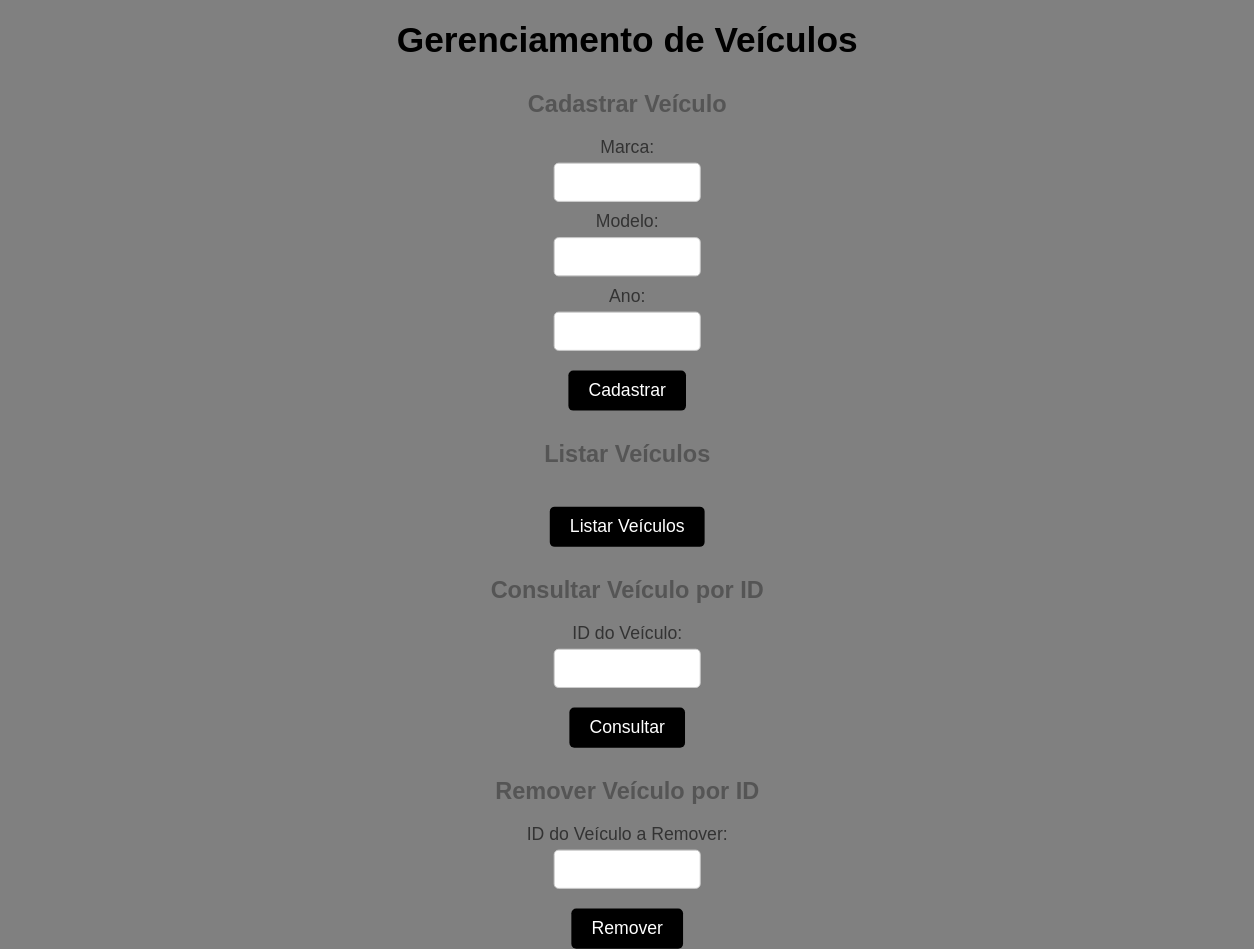
Repository: joaomadeira1208/Exercicio3
Page: veiculos/src/main/resources/index.html
The author's editor kept a copy of each file at every save. The page is drawn from the files as they stood at one save, then again after the next save.
The browser window is 1280 px wide. The pictures show the whole page, at 98% of full size.

Above is the page before, as saved 2023-09-14 22:03:31.

After the next save:
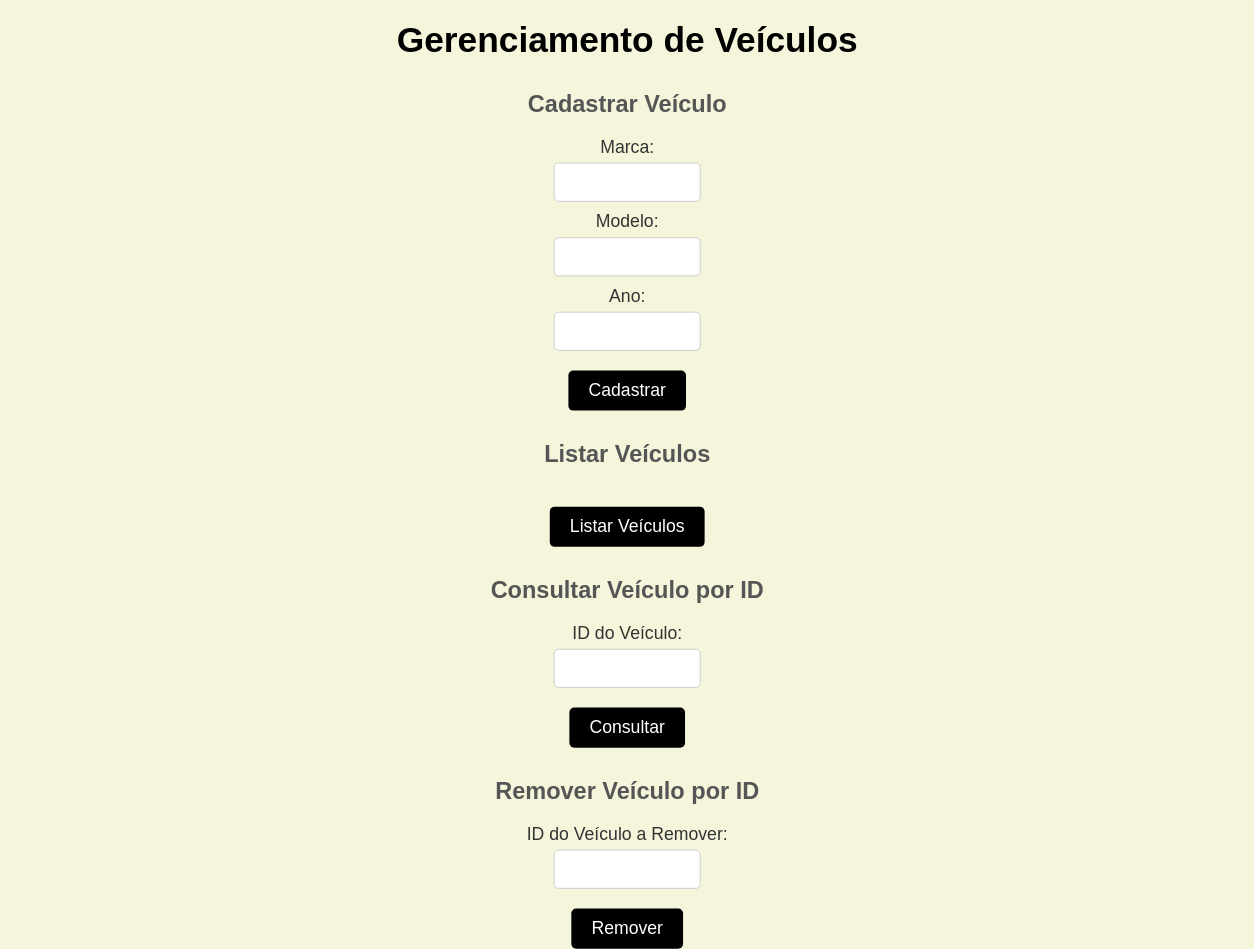
Saved 75 s later.
--- a/veiculos/src/main/resources/index.html
+++ b/veiculos/src/main/resources/index.html
@@ -6,7 +6,7 @@
        /* Estilo para o corpo da página */
 body {
     font-family: Arial, sans-serif;
-    background-color: gray;
+    background-color: #f5f5dc;
     margin: 0;
     padding: 0;
     text-align: center;
